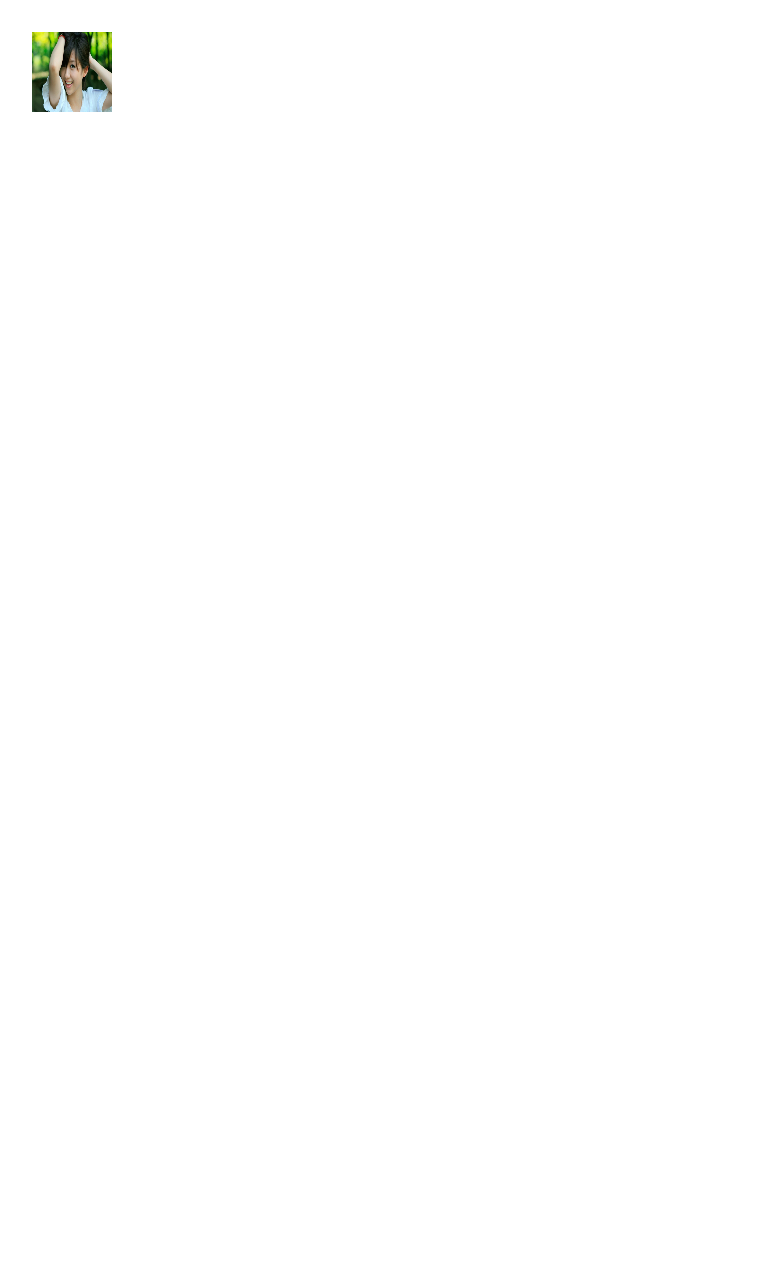
Repository: sonyi/androidClass
Layout: day04/PhoneDemo/res/layout/activity_main.xml
An editor plug-in stored every save of this project. The layout is shown before and after the next save, followed by the edit.
It is drawn on a 768 x 1280 px phone screen (xhdpi) without system bars, with theme AppTheme; the app's code is not run.

Above is the layout before, as saved 2014-05-29 09:06:52.

After the next save:
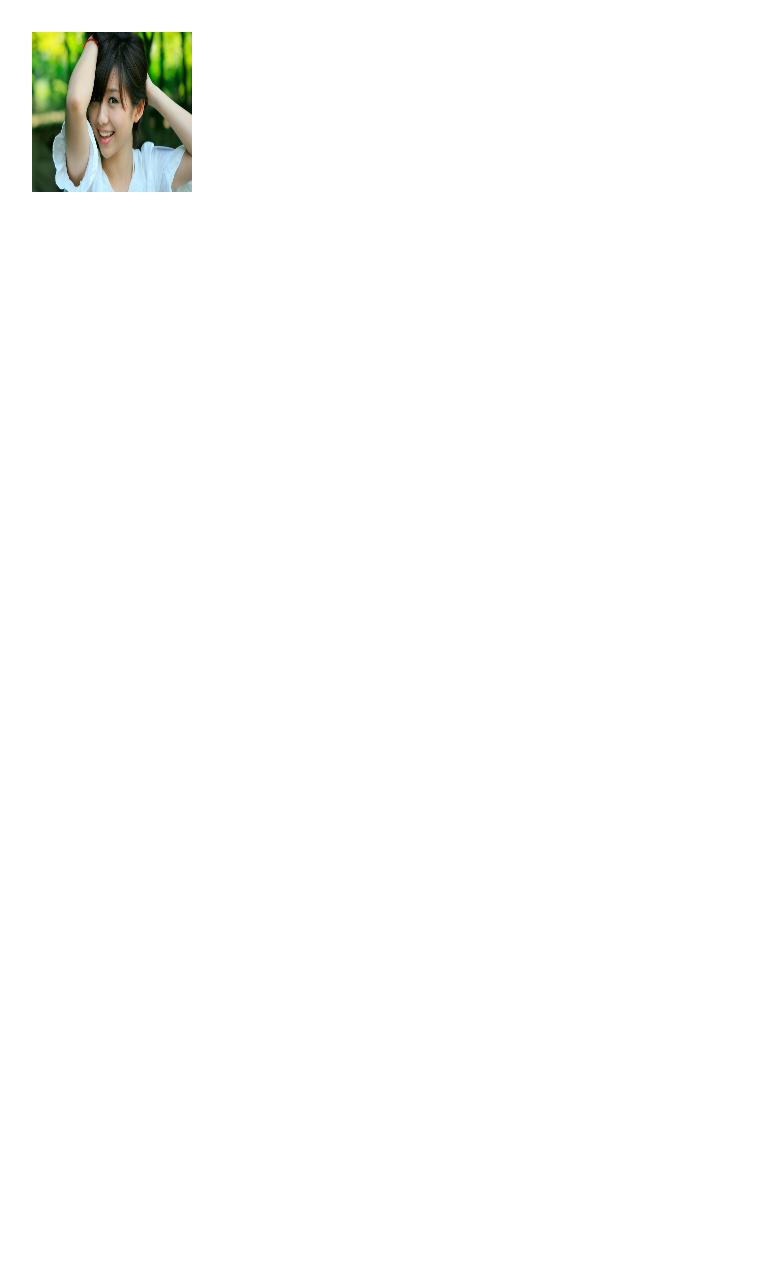
Saved 17 s later.
--- a/day04/PhoneDemo/res/layout/activity_main.xml
+++ b/day04/PhoneDemo/res/layout/activity_main.xml
@@ -12,8 +12,8 @@
 
         <Gallery
             android:id="@+id/gallery"
-            android:layout_width="40dp"
-            android:layout_height="40dp"
+            android:layout_width="80dp"
+            android:layout_height="80dp"
             android:background="@drawable/img_01"
              />
 
